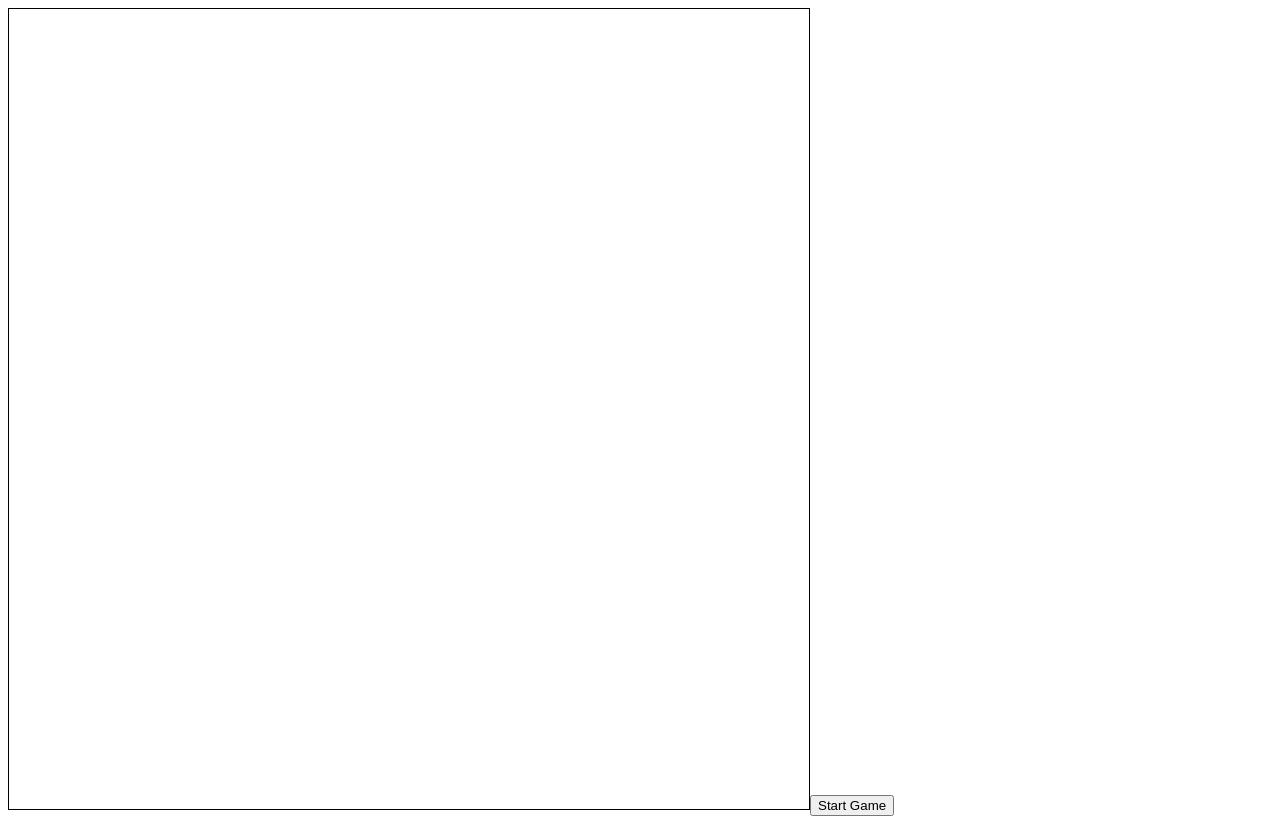
Repository: JonoBowenDev/react-snake
Page: /
The author's editor kept a copy of each file at every save. The page is drawn from the files as they stood at one save, then again after the next save.
The browser window is 1280 px wide. The pictures show the whole page.
The project was rebuilt for these pictures with package versions that can differ from the ones it lists, and the page was loaded fresh each time.

Above is the page before, as saved 2021-03-18 16:09:45.

After the next save:
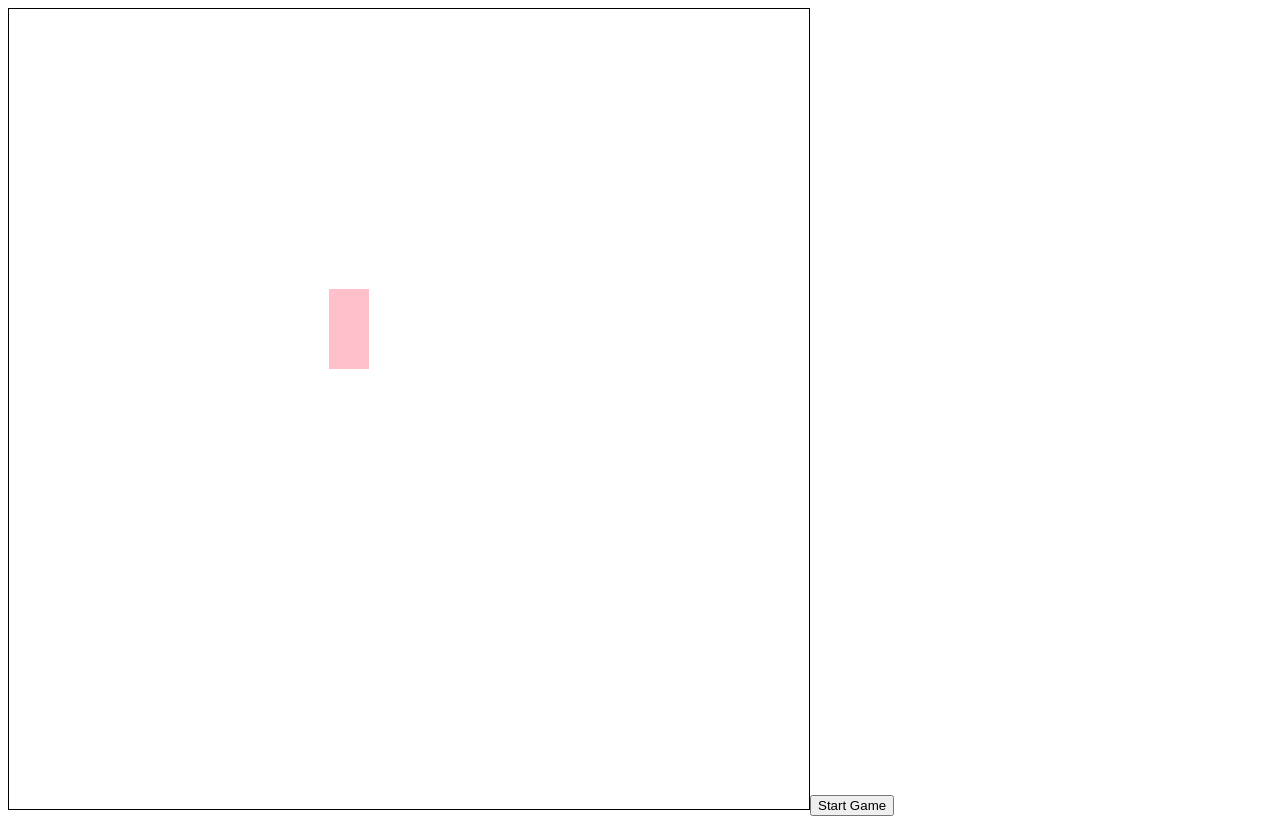
Saved 49 s later.
--- a/src/App.js
+++ b/src/App.js
@@ -53,6 +53,9 @@ export default function App() {
     const context = canvasRef.current.getContext("2d");
     context.setTransform(SCALE, 0, 0, SCALE, 0, 0);
     context.clearRect(0, 0, CANVAS_SIZE[0], CANVAS_SIZE[1]);
+    context.fillStyle="pink";
+    snake.forEach(([x, y]) => context.fillRect(x, y, 1, 1));
+
   }, [snake, apple, gameOver]);
 
 
